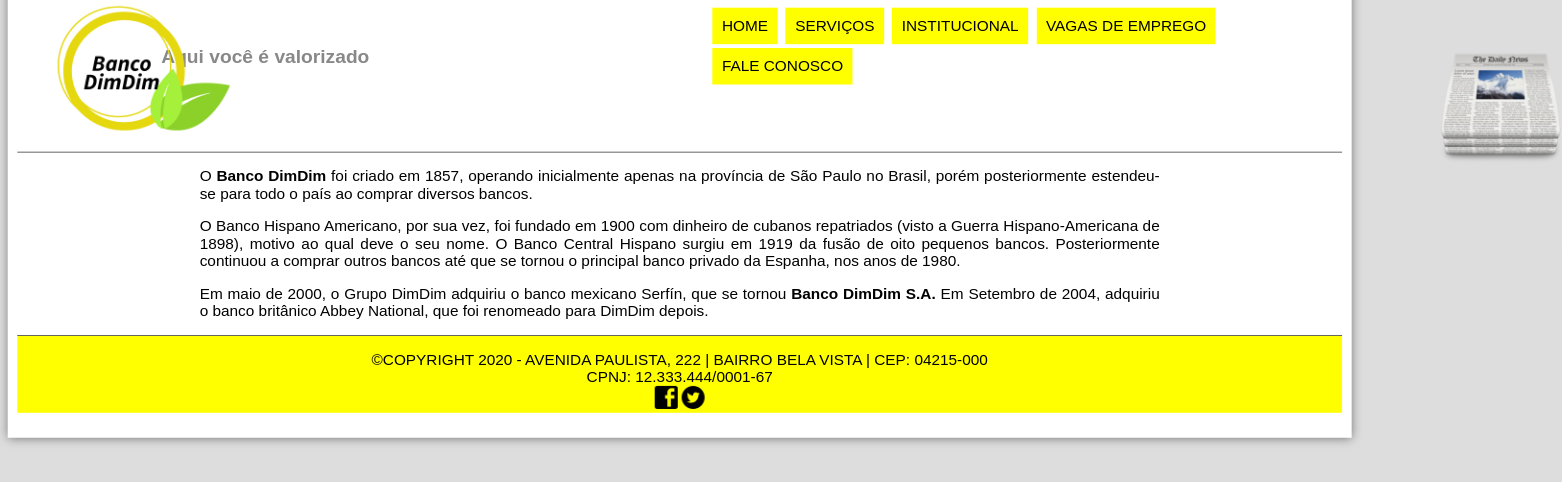
Repository: marceloShibuya/DevOps
Page: http://localhost/Nac_DevOPS/emprego.jsp
An editor plug-in stored every save of this project. The page is shown before and after the next save, followed by the edit.
The browser window is 1280 px wide. The page is 1627 px wide, then 1507 px, so the pictures cover 1627 px, including what lies to the right of the window. The pictures show the whole page, at 96% of full size.
Some web fonts or font styles are not loaded; a fallback is used. The page is served by Tomcat 9.

Above is the page before, as saved 2020-02-25 00:47:56.

After the next save:
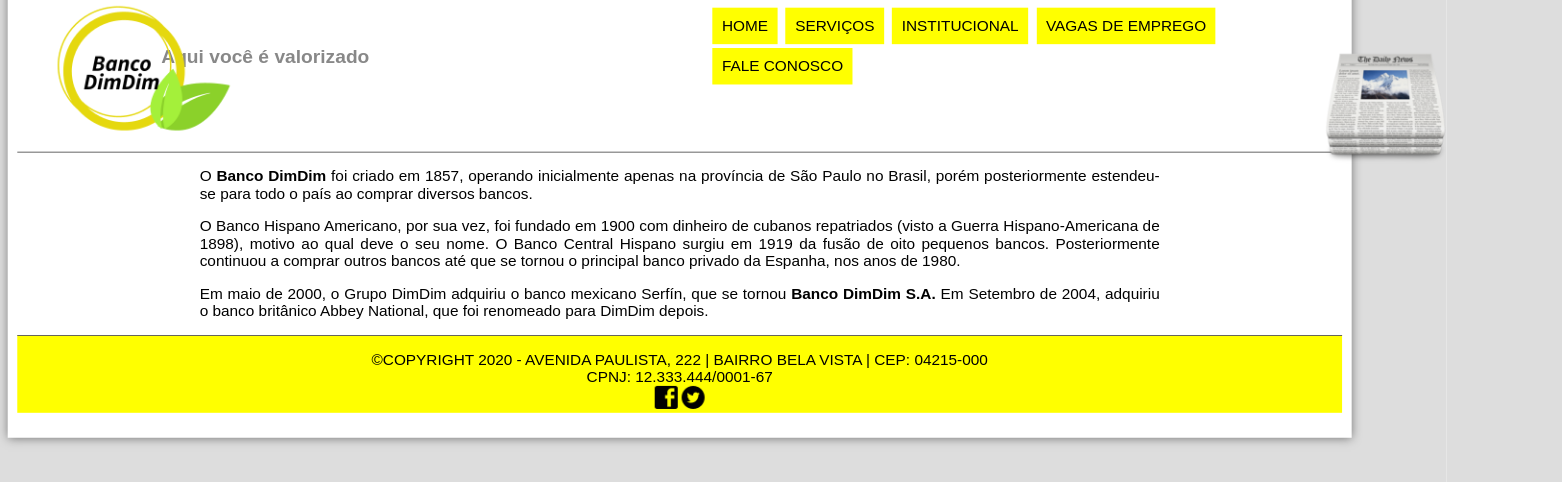
Saved 40 s later.
--- a/Nac_DevOPS/WebContent/_css/estilo.css
+++ b/Nac_DevOPS/WebContent/_css/estilo.css
@@ -20,7 +20,7 @@ div#interface {
 
 header#cabecalho img#icone_2 {
 	position: absolute;
-	left: 1500px;
+	left: 1380px;
 	top: 50px;
 }
 
